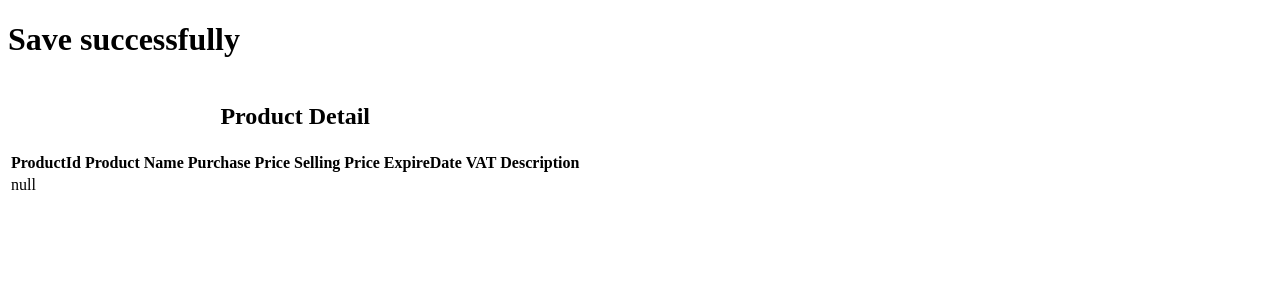
Repository: FatCat0712/JSP
Page: http://localhost/bai_22/success.jsp
These files come from the project's save history. The page is drawn as it stood at one moment and after the next save; the edit follows.
The browser window is 1280 px wide. The pictures show the whole page.
The page is served by Tomcat 9.

Above is the page before, as saved 2024-04-24 00:30:40.

After the next save:
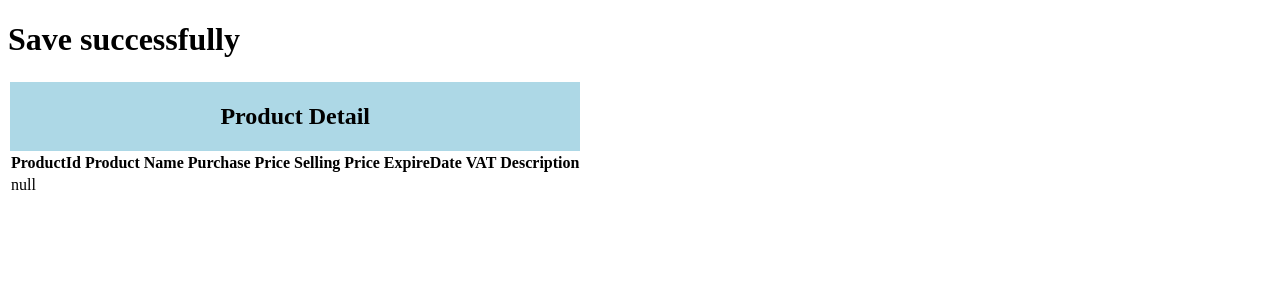
Saved 25 s later.
--- a/bai_22/src/main/webapp/success.jsp
+++ b/bai_22/src/main/webapp/success.jsp
@@ -22,7 +22,7 @@
 	<h1>Save successfully</h1>
 	<table>
 		<tr>
-			<td colspan="7" style="text-align: center"><h2>Product Detail</h2></td>
+			<td colspan="7" style="text-align: center; background-color: lightblue"><h2>Product Detail</h2></td>
 		</tr>
 
 		<tr>
@@ -39,6 +39,7 @@
 			<td>
 				<%=value_productId %>
 			</td>
+
 		</tr>
 	</table>
 </body>
